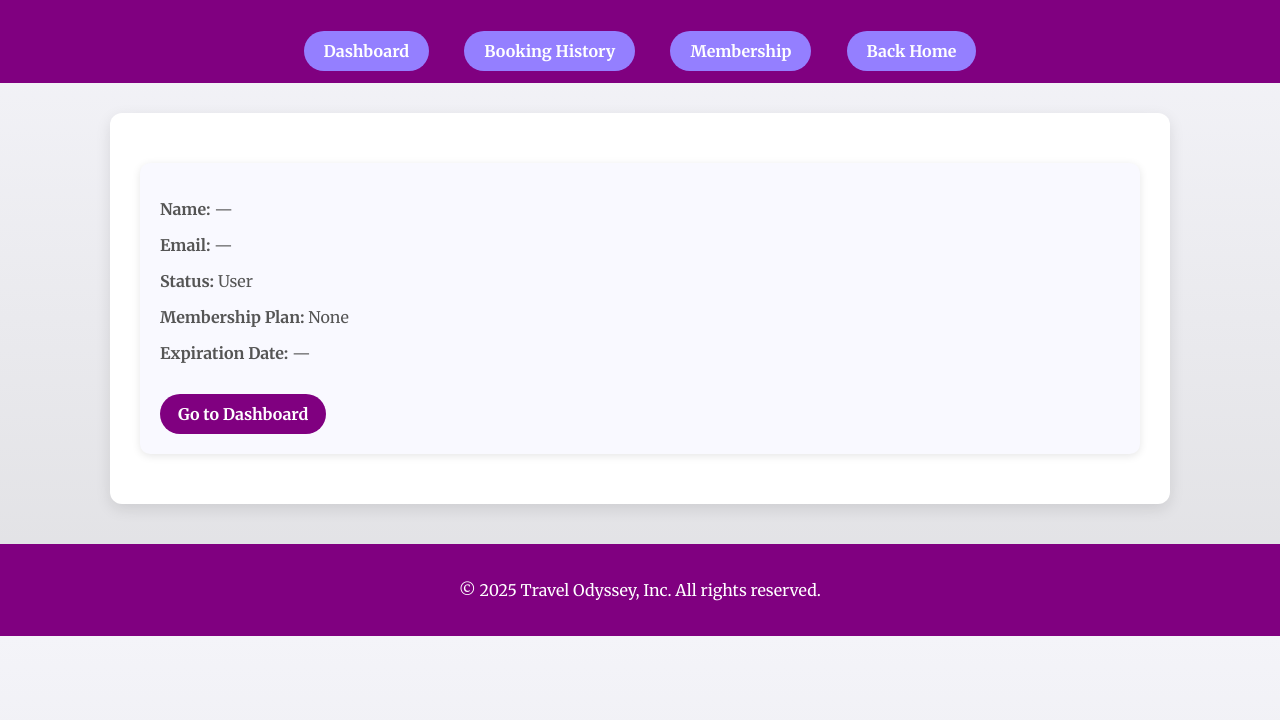
Repository: GHzPhoenix/Project-Odyssey
Page: Frontend/membership-confirmation.html
The author's editor kept a copy of each file at every save. The page is drawn from the files as they stood at one save, then again after the next save.
The browser window is 1280 px wide. The pictures show the whole page.

Above is the page before, as saved 2025-06-08 11:06:53.

After the next save:
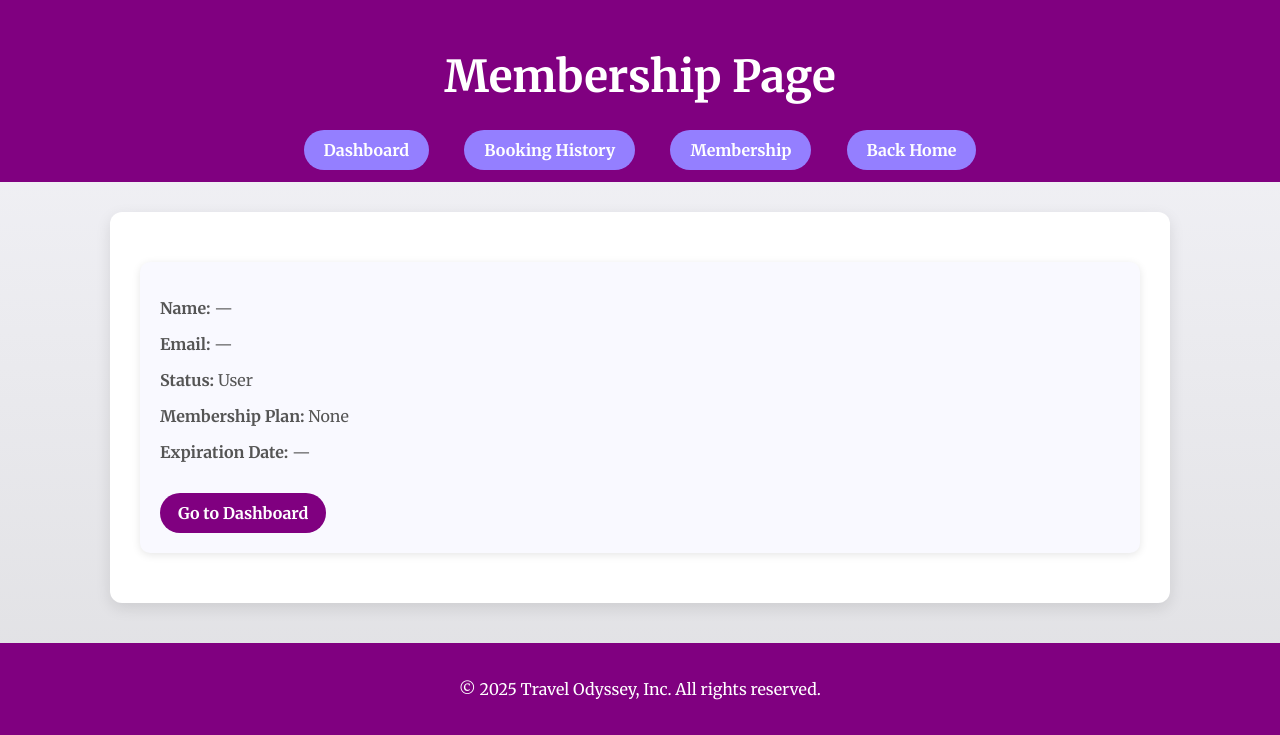
Saved 31 s later.
--- a/Frontend/membership-confirmation.html
+++ b/Frontend/membership-confirmation.html
@@ -17,6 +17,7 @@
 
   <body>
     <header>
+      <h1 style="color: white">Membership Page</h1>
       <nav>
         <a href="dashboard.html">Dashboard</a>
         <a href="booking-history.html">Booking History</a>
